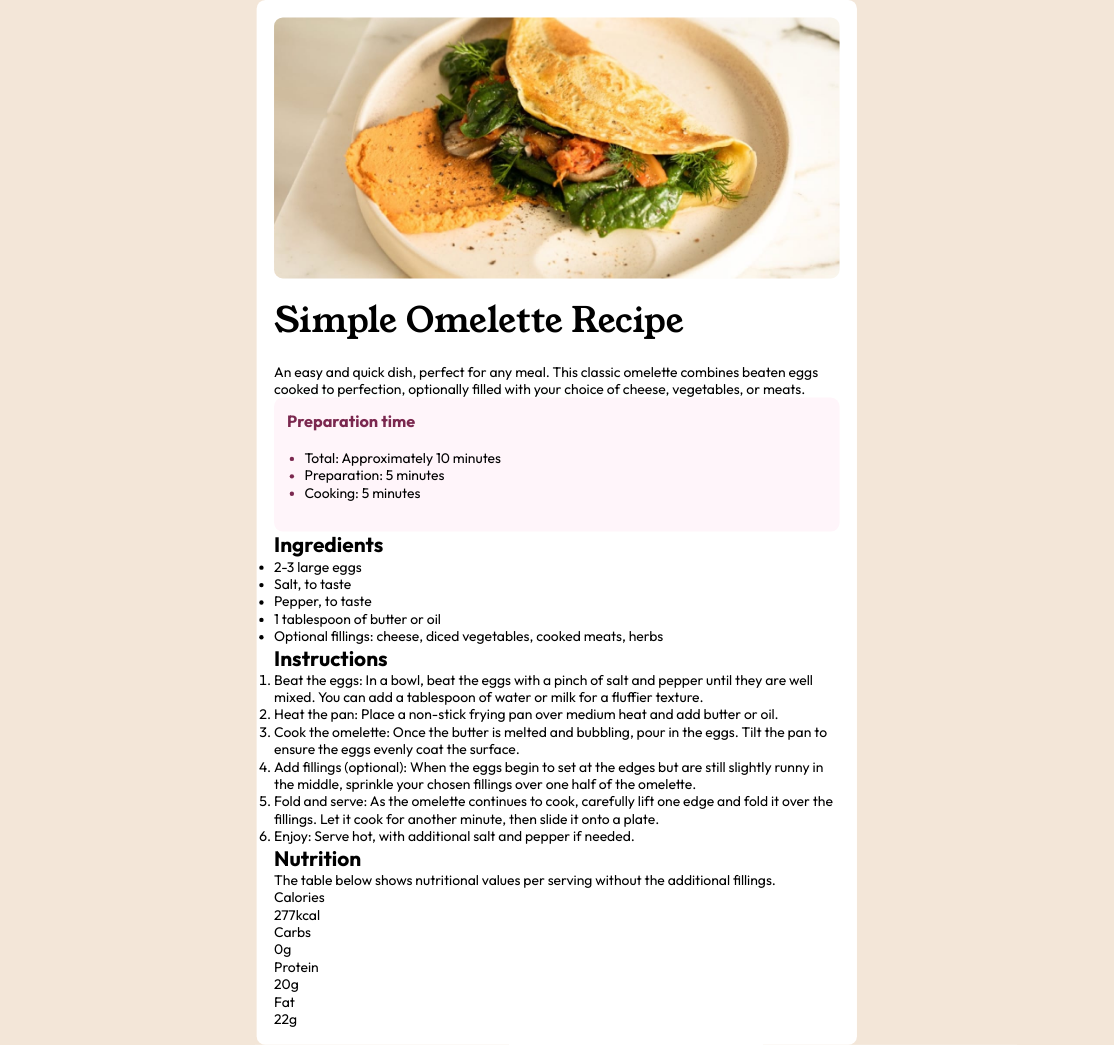
Repository: reemoon-ctrl/mine-recipe-page-main
Page: index1.html
The author's editor kept a copy of each file at every save. The page is drawn from the files as they stood at one save, then again after a run of saves.
The browser window is 1280 px wide. The pictures show the whole page, at 87% of full size.

Above is the page before, as saved 2024-08-11 15:31:25.

### index1.html
<!DOCTYPE html>
<html lang="en">
<head>
    <meta charset="UTF-8">

    <style>
        @import url('https://fonts.googleapis.com/css2?family=Open+Sans:ital,wght@0,300..800;1,300..800&family=Outfit:wght@100..900&family=Poppins:ital,wght@0,100;0,200;0,300;0,400;0,500;0,600;0,700;0,800;0,900;1,100;1,200;1,300;1,400;1,500;1,600;1,700;1,800;1,900&family=Young+Serif&display=swap');
        @import url('https://fonts.googleapis.com/css2?family=Open+Sans:ital,wght@0,300..800;1,300..800&family=Poppins:ital,wght@0,100;0,200;0,300;0,400;0,500;0,600;0,700;0,800;0,900;1,100;1,200;1,300;1,400;1,500;1,600;1,700;1,800;1,900&family=Young+Serif&display=swap');
    </style>
        <meta name="viewport" content="width=device-width, initial-scale=1.0">
    <link rel="stylesheet" href="/style.css">
    <title>ommelette</title>
</head>
<body>
    <div class="page-center">
        <div class="container">
            <header>
            <div class="rec-img"></div>
            <h1>Simple Omelette Recipe</h1>

            <p>An easy and quick dish, perfect for any meal.
            This classic omelette combines beaten eggs cooked
            to perfection, optionally filled with your choice
            of cheese,
            vegetables, or meats.</p>
            </header>

            <div class="prep-time">
                <h3>Preparation time</h3>


                <ul>
                <li>Total: Approximately 10 minutes</li>
                <li>Preparation: 5 minutes</li>
                <li>Cooking: 5 minutes</li>
                </ul>
            </div>

            <h2>Ingredients</h2>
            <ul>
            <li>2-3 large eggs</li>
            <li>Salt, to taste</li>
            <li>Pepper, to taste</li>
            <li>1 tablespoon of butter or oil</li>
            <li>Optional fillings: cheese, diced vegetables, cooked meats, herbs</li>
            </ul>






            <h2>Instructions</h2>
            <ol>
            <li>Beat the eggs: In a bowl, beat the eggs with a pinch of salt and pepper until they are well mixed.
                You can add a tablespoon of water or milk for a fluffier texture.</li>
            <li>Heat the pan: Place a non-stick frying pan over medium heat and add butter or oil.</li>
            <li>Cook the omelette: Once the butter is melted and bubbling, pour in the eggs. Tilt the pan to ensure
                the eggs evenly coat the surface.</li>
            <li>Add fillings (optional): When the eggs begin to set at the edges but are still slightly runny in the
                middle, sprinkle your chosen fillings over one half of the omelette.</li>
            <li>Fold and serve: As the omelette continues to cook, carefully lift one edge and fold it over the
                fillings. Let it cook for another minute, then slide it onto a plate.</li>
            <li>Enjoy: Serve hot, with additional salt and pepper if needed.</li>
            </ol>

            <h2>Nutrition</h2>

            <p>The table below shows nutritional values per serving without the additional fillings.</p>

            <div>Calories</div>
            <div>277kcal</div>

            <div>Carbs</div>
            <div>0g</div>

            <div>Protein</div>
            <div>20g</div>

            <div>Fat</div>
            <div>22g</div>
         </div>
    </div>
</body>
</html>

### style.css
*{
    padding: 0;
    margin: 0;
    box-sizing: border-box;
}
body{
    background: hsl(30, 54%, 90%);
    font-family: "Outfit", sans-serif;
    font-optical-sizing: auto;
    font-weight: 400;
    font-style: normal;

}
.rec-img{


    border-radius:10px ;
    height: 300px;
    background: url('/image-omelette.jpeg')no-repeat center center/cover;
}
.container{
    background: #fff;
    border-radius: 10px;
    margin:auto;
    /* margin: auto; */
    max-width:690px;
    padding: 20px;

}
.page-center{
    height: 100vh;
    display: grid;
    grid-template-columns: 960px;
    align-items: center;
    justify-content:space-around;
}
.prep-time{
    background: hsl(330, 100%, 98%);
    padding: 15px;
    border-radius: 10px;
}
.prep-time ul{
    padding: 20px;
}
.prep-time ul li::marker {
    color: hsl(332, 51%, 32%);
  }

.prep-time h3{
    color: hsl(332, 51%, 32%);
    /*  */

}
h1{
    padding: 20px 0;
    font-size: 40px;
    font-family: "Young Serif", serif;
    font-weight: 400;
    font-style: normal;
}
header p{
    padding-top: ;
}

After the next 3 saves:
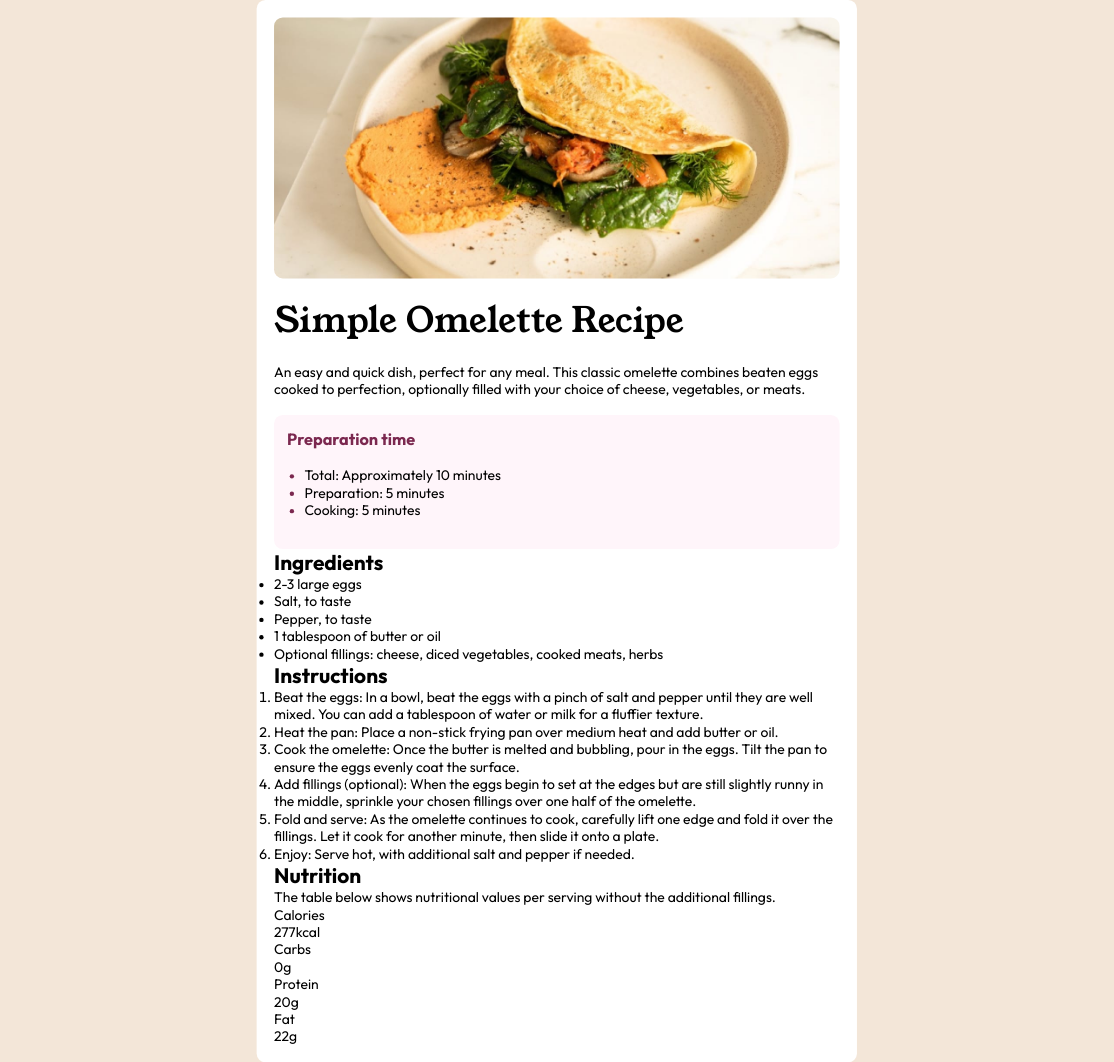
The 3 saves are shown as one change because they came seconds apart.
The last was saved 11 s later.
--- a/style.css
+++ b/style.css
@@ -59,5 +59,5 @@ h1{
     font-style: normal;
 }
 header p{
-    padding-top: ;
+    padding-bottom:20px ;
 }
